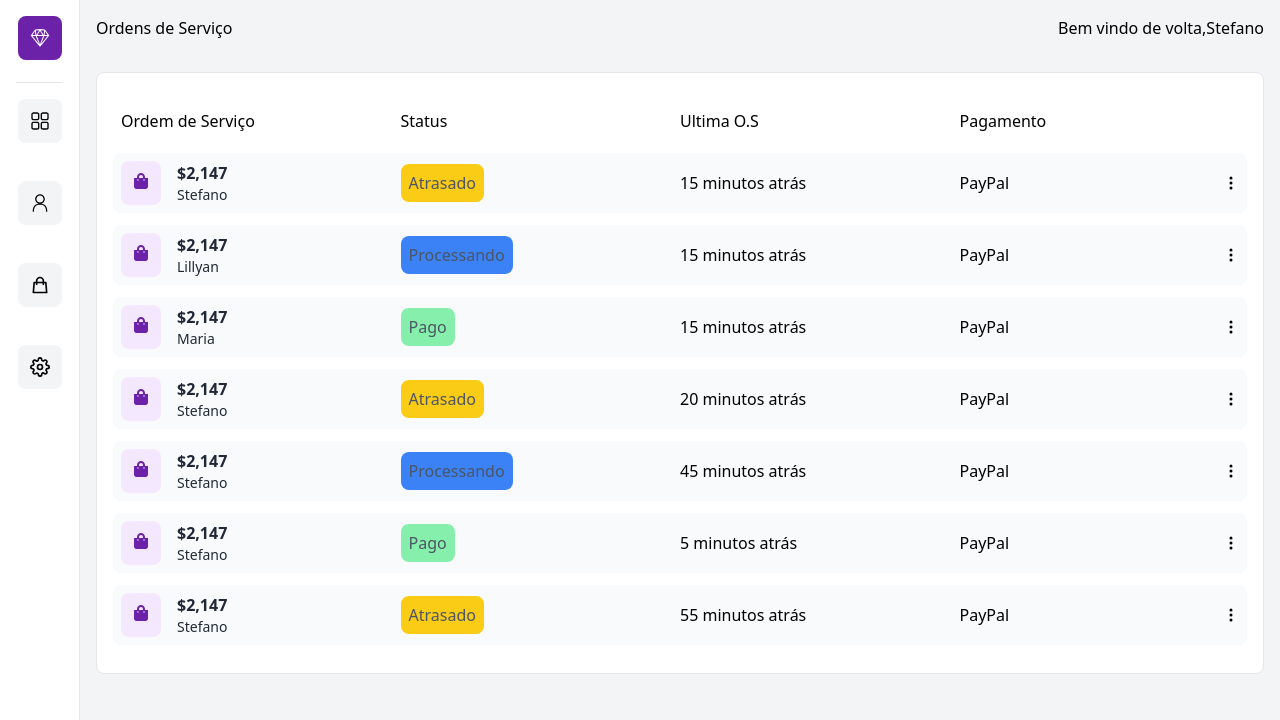
Repository: stefanosousaa/dashboard-next13
Page: /orders
An editor plug-in stored every save of this project. The page is shown before and after the next save, followed by the edit.
The browser window is 1280 px wide. The pictures show the whole page.
The project was rebuilt for these pictures with package versions that can differ from the ones it lists, and the page was loaded fresh each time. The framework's server and built-in components were replaced by stand-ins that run in the browser. Also part of the build but not shown: next.config.js.

Above is the page before, as saved 2023-05-18 18:59:37.

### pages/_app.js
import Sidebar from '@/components/Sidebar'
import '@/styles/globals.css'

export default function App({ Component, pageProps }) {
  return (
    <Sidebar>
        <Component {...pageProps} />
    </Sidebar>

  )
}

### pages/orders.jsx
import React from 'react'
import { FaShoppingBag } from 'react-icons/fa'
import {data} from '../data/data.js'
import { BsThreeDotsVertical } from 'react-icons/bs'

const orders = () => {
  return (
    <div className='bg-gray-100 min-h-screen'>
        <div className='flex justify-between p-4'>
            <h2>Ordens de Serviço</h2>
            <h2>Bem vindo de volta,Stefano</h2>
        </div>
        <div className='p-4'>
            <div className='w-full m-auto p-4 border rounded-lg bg-white overflow-y-auto'>
              <div className='my-3 p-2 grid md:grid-cols-4 sm:grid-cols-3 grid-cols-2 items-center justify-between cursor-pointer'>
                <span>Ordem de Serviço</span>
                <span className='sm:text-left text-right'>Status</span>
                <span className='hidden md:grid'>Ultima O.S</span>
                <span className='hidden sm:grid'>Pagamento</span>
              </div>
              <ul>
                {data.map((order,id) => (
        <li
            key={id}
            className='bg-gray-50 hover:bg-gray-100 rounded-lg my-3 p-2 grid md:grid-cols-4 sm:grid-cols-3 grid-cols-2 items-center justify-between cursor-pointer'>
                      <div className='flex'>
                          <div className='bg-purple-100 p-3 rounded-lg'>
                             <FaShoppingBag className='text-purple-800'/>
                           </div>
                        <div className='pl-4'>
                            <p className='text-gray-800 font-bold'>${order.total.toLocaleString()}</p>
                            <p className='text-gray-800 text-sm'>{order.name.first}</p>
                        </div>

                        </div>
                        <p className='text-gray-600 sm:text-left text-right'>
                            <span className={
                                order.status == 'Pago'
                                ? 'bg-green-300 p-2 rounded-lg'
                                : order.status == 'Atrasado'
                                ? 'bg-yellow-400 p-2 rounded-lg'
                                : 'bg-blue-500 p-2 rounded-lg'
                            }
                            >{order.status}</span>
                        </p>
                        <p className='hidden md:flex'>{order.date}</p>
                        <div className='sm:flex hidden justify-between items-center'>
                            {order.method}
                            <BsThreeDotsVertical/>
                        </div>


        </li>
                ))}
              </ul>
            </div>
        </div>
    </div>
  )
}

export default orders

### components/Sidebar.jsx
import Link from 'next/link'
import Image from 'next/image'
import React from 'react'
import {RxSketchLogo,RxDashboard, RxPerson} from 'react-icons/rx'
import {FiSettings} from 'react-icons/fi'
import {HiOutlineShoppingBag} from 'react-icons/hi'

const Sidebar = ({children}) => {
  return (
    <div className='flex'>
        <div className='fixed w-20 h-screen p-4 bg-white border-r-[1px] flex flex-col justify-between'>
        <div className='flex flex-col items-center'>

          <Link href='/'>
            <div className='bg-purple-800 text-white p-3 rounded-lg inline-block'>
              <RxSketchLogo size={20}/>
            </div>
          </Link>
          <span className='border-b-[1px] border-gray-200 w-full p-2'></span>
          <Link href='/'>
            <div className='bg-gray-100 hover:bg-gray-200 cursor-pointer my-4 p-3 rounded-lg inline-block'>
              <RxDashboard size={20}/>
            </div>
          </Link>
          <Link href='/costumers'>
            <div className='bg-gray-100 hover:bg-gray-200 cursor-pointer my-4 p-3 rounded-lg inline-block'>
              <RxPerson size={20}/>
            </div>
          </Link>
          <Link href='/orders'>
            <div className='bg-gray-100 hover:bg-gray-200 cursor-pointer my-4 p-3 rounded-lg inline-block'>
              <HiOutlineShoppingBag size={20}/>
            </div>
          </Link>
          <Link href='/'>
            <div className='bg-gray-100 hover:bg-gray-200 cursor-pointer my-4 p-3 rounded-lg inline-block'>
              <FiSettings size={20}/>
            </div>
          </Link>
        </div>
        </div>

        <main className='ml-20 w-full'>{children}</main>
    </div>
  )
}

export default Sidebar

### data/data.js
export const data = [
    {
        id:1,
        name: {
            first: 'Stefano',
            last: 'Sousa',
        },
        total: 2147.00,
        status: 'Atrasado',
        method: 'PayPal',
        date: '15 minutos atrás',
    },
    {
        id:2,
        name: {
            first: 'Lillyan',
            last: 'Lima',
        },
        total: 2147.00,
        status: 'Processando',
        method: 'PayPal',
        date: '15 minutos atrás',
    },
    {
        id:3,
        name: {
            first: 'Maria',
            last: 'José',
        },
        total: 2147.00,
        status: 'Pago',
        method: 'PayPal',
        date: '15 minutos atrás',
    },
    {
        id:4,
        name: {
            first: 'Stefano',
            last: 'Sousa',
        },
        total: 2147.00,
        status: 'Atrasado',
        method: 'PayPal',
        date: '20 minutos atrás',
    },
    {
        id:5,
        name: {
            first: 'Stefano',
            last: 'Sousa',
        },
        total: 2147.00,
        status: 'Processando',
        method: 'PayPal',
        date: '45 minutos atrás',
    },
    {
        id:6,
        name: {
            first: 'Stefano',
            last: 'Sousa',
        },
        total: 2147.00,
        status: 'Pago',
        method: 'PayPal',
        date: '5 minutos atrás',
    },
    {
        id:7,
        name: {
            first: 'Stefano',
            last: 'Sousa',
        },
        total: 2147.00,
        status: 'Atrasado',
        method: 'PayPal',
        date: '55 minutos atrás',
    },
]

Loaded but not shown: pages/_document.js (common file); styles/globals.css (common file); tailwind.config.js (common file)

After the next save:
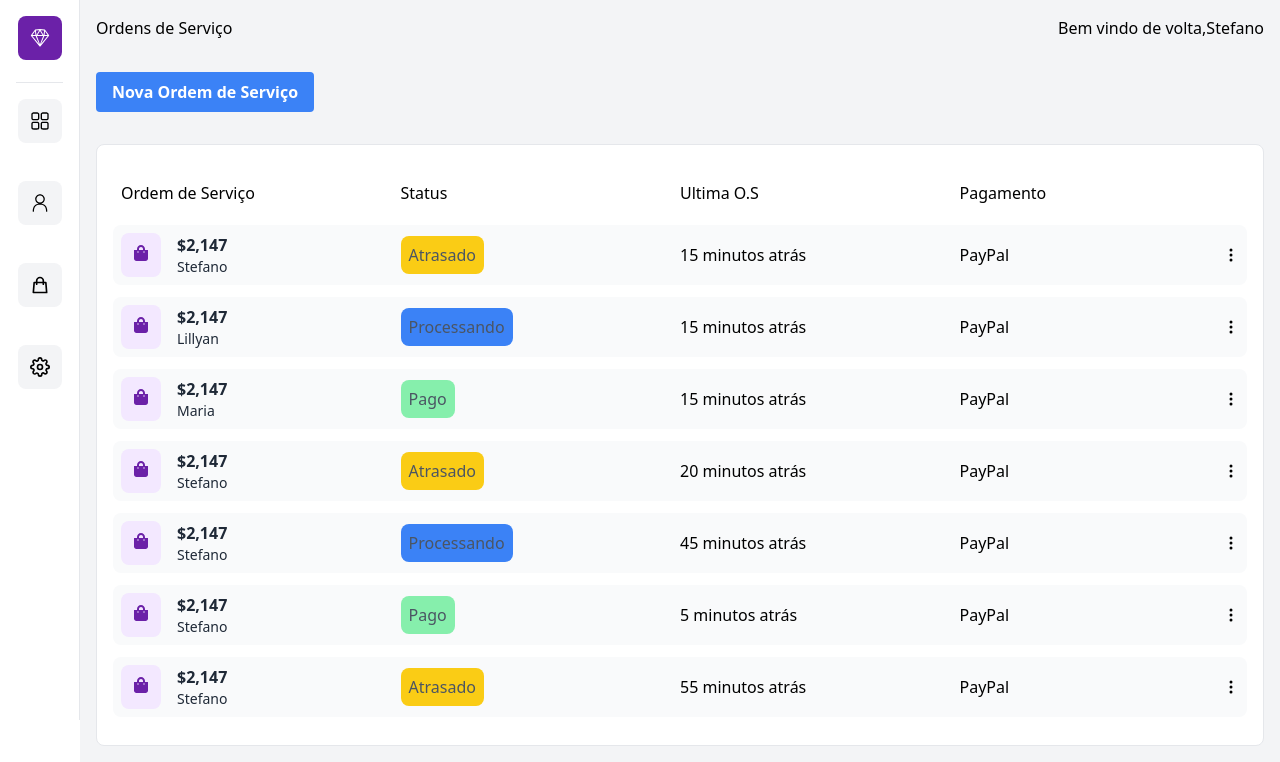
Saved 56 s later.
--- a/pages/orders.jsx
+++ b/pages/orders.jsx
@@ -9,6 +9,9 @@ const orders = () => {
         <div className='flex justify-between p-4'>
             <h2>Ordens de Serviço</h2>
             <h2>Bem vindo de volta,Stefano</h2>
+        </div>
+        <div className='p-4'>
+            <button className='bg-blue-500 hover:bg-blue-700 text-white font-bold py-2 px-4 rounded'>Nova Ordem de Serviço</button>
         </div>
         <div className='p-4'>
             <div className='w-full m-auto p-4 border rounded-lg bg-white overflow-y-auto'>
